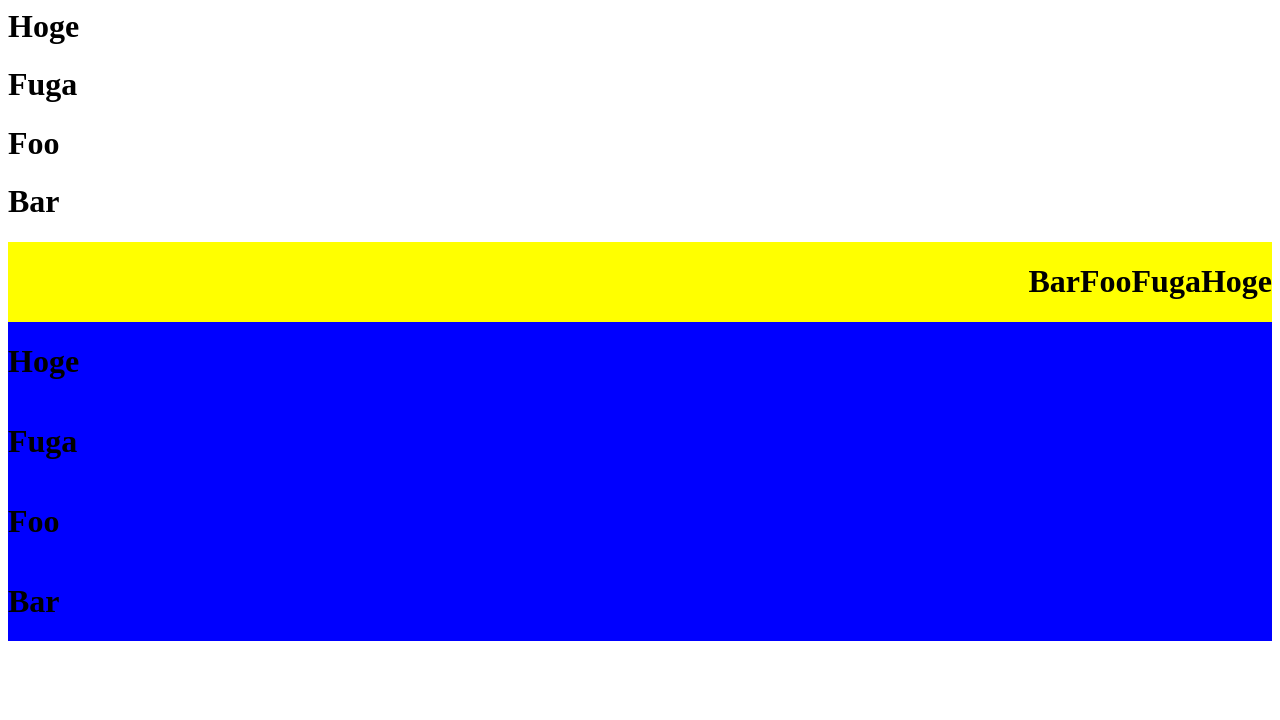
Repository: kota-nakasaka/samurai_HTML-CSS
Page: index2.html
The author's editor kept a record of every edit. The page is drawn from the files as they stood at one moment, then again after the next edit.
The browser window is 1280 px wide. The pictures show the whole page.

Above is the page before.

### index2.html
<html lang="ja">
    <head>
        <style>
            #no-wrap {
                display: flex;
                flex-wrap: no-wrap;
            }

            #reverse {
                display: flex;
                flex-direction: row-reverse;
                background-color: yellow;
            }

            #column {
                display: flex;
                flex-direction: column;
                background-color: blue;
            }

            #column-reverse {
                display: flex;
                flex-direction: column-reverse;
                background-color: green;
            }
        </style>
    </head>
    <body>
        <div id="sort">
            <h1>Hoge</h1>
            <h1>Fuga</h1>
            <h1>Foo</h1>
            <h1>Bar</h1>
        </div>

        <div id="reverse">
            <h1>Hoge</h1>
            <h1>Fuga</h1>
            <h1>Foo</h1>
            <h1>Bar</h1>
        </div>

        <div id="column">
            <h1>Hoge</h1>
            <h1>Fuga</h1>
            <h1>Foo</h1>
            <h1>Bar</h1>
        </div>
        </div>
    </body>
</html>

After the next edit:
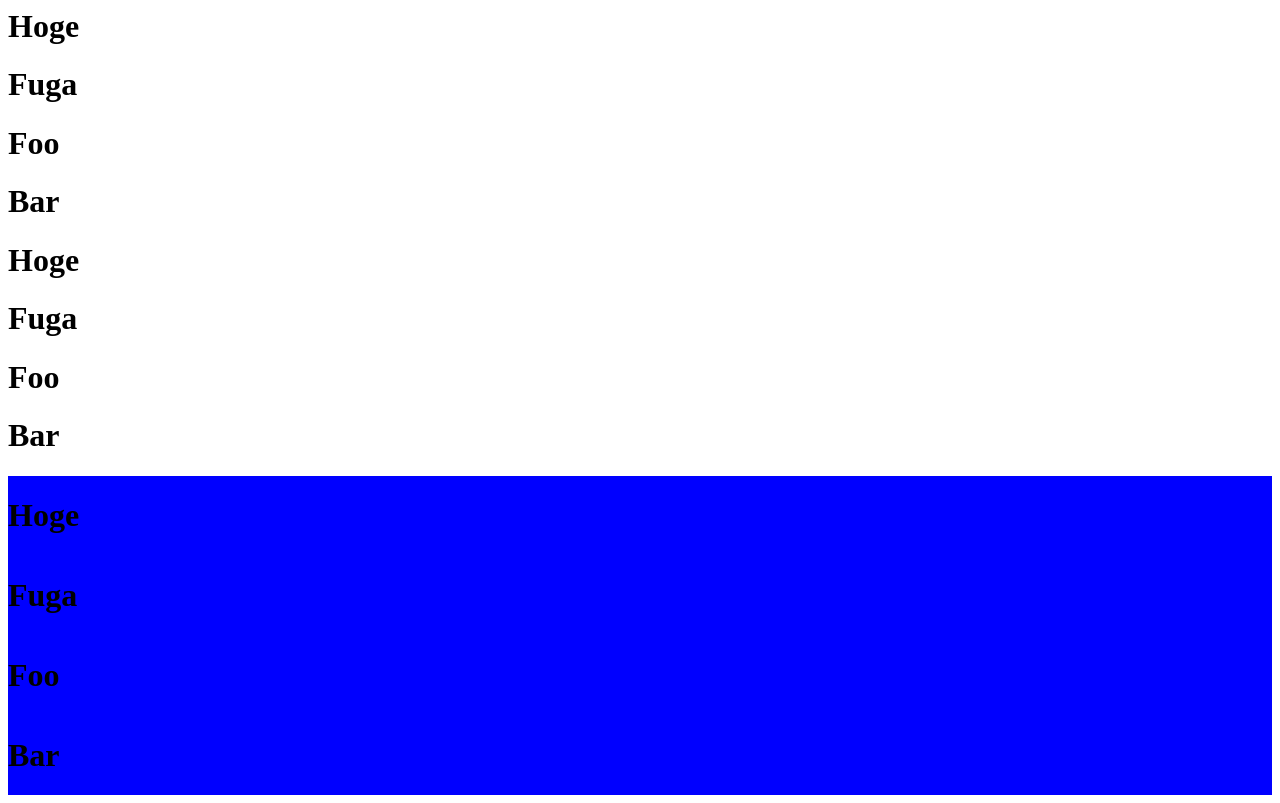
The edit:
--- a/index2.html
+++ b/index2.html
@@ -6,7 +6,7 @@
                 flex-wrap: no-wrap;
             }
 
-            #reverse {
+            #wrap {
                 display: flex;
                 flex-direction: row-reverse;
                 background-color: yellow;
